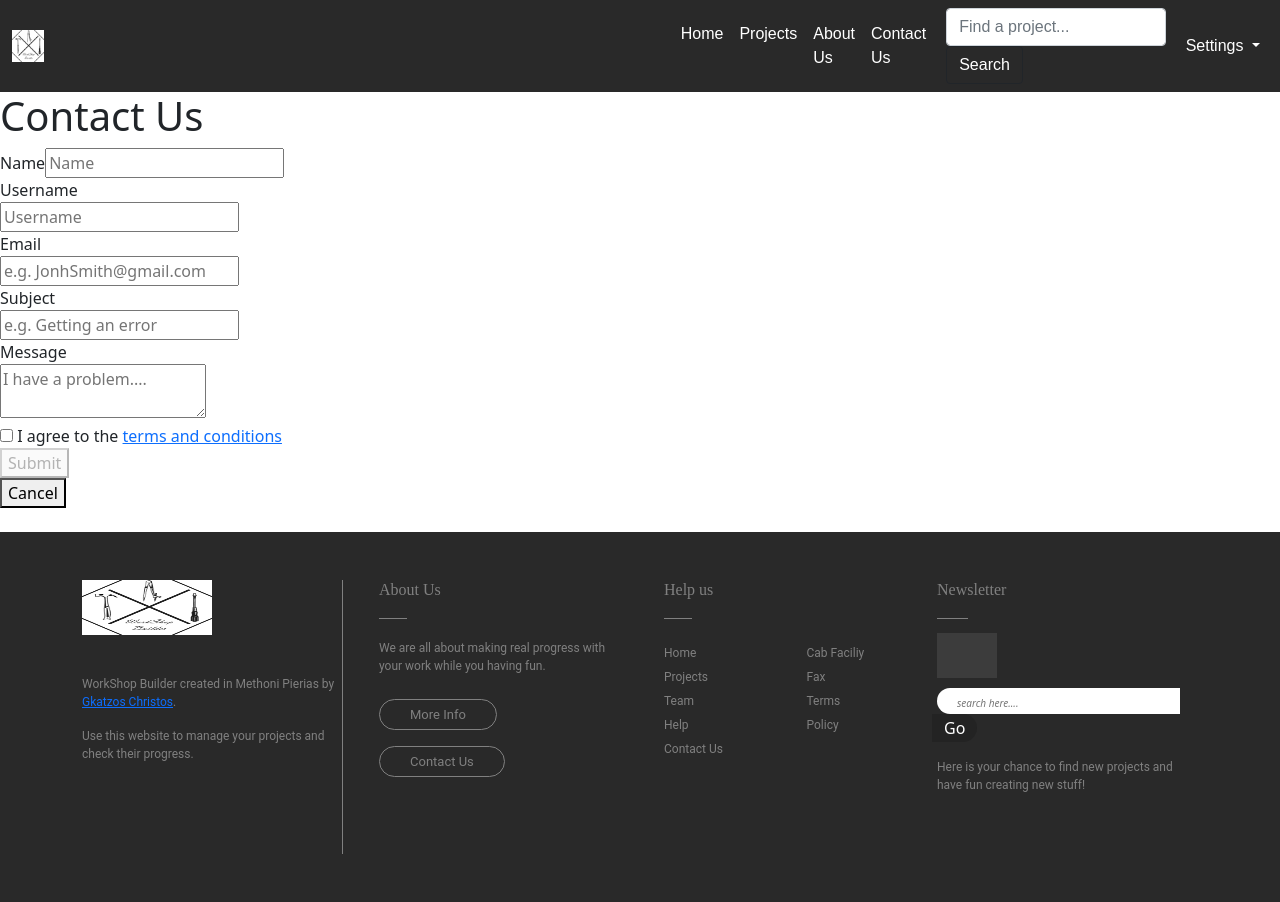
Repository: GkatzosChristos/workshop-builder-ui
Page: /contactUs (app in workshop-builder-ui/)
An editor plug-in stored every save of this project. The page is shown before and after the next save, followed by the edit.
The browser window is 1280 px wide. The pictures show the whole page.
The project was rebuilt for these pictures with package versions that can differ from the ones it lists, and the page was loaded fresh each time. Also part of the build but not shown: workshop-builder-ui/angular.json, workshop-builder-ui/src/app/about-us/about-us.component.ts, workshop-builder-ui/src/app/home/home.component.ts, workshop-builder-ui/src/app/project/project.component.ts.

Above is the page before, as saved 2021-08-27 17:13:25.

### workshop-builder-ui/src/index.html
<!doctype html>
<html lang="en">
<head>
  <meta charset="utf-8">
  <title>WorkshopBuilderUI</title>
  <base href="/">
  <meta name="viewport" content="width=device-width, initial-scale=1">
  <link rel="icon" type="image/x-icon" href="favicon.ico">
</head>

<body>
  <app-root></app-root>
</body>

</html>

### workshop-builder-ui/src/app/app.module.ts
import { NgModule } from '@angular/core';
import { BrowserModule } from '@angular/platform-browser';
import { FormsModule } from '@angular/forms';
import { AppRoutingModule } from './app-routing.module';
import { AppComponent } from './app.component';
import { HeaderComponent } from './header/header.component';
import { FooterComponent } from './footer/footer.component';
import { ContactUsComponent } from './contact-us/contact-us.component';
import { AboutUsComponent } from './about-us/about-us.component';
import { ProjectsComponent } from './project/project.component';
import { HomeComponent } from './home/home.component';

@NgModule({
  declarations: [
    AppComponent,
    HeaderComponent,
    FooterComponent,
    ContactUsComponent,
    AboutUsComponent,
    ProjectsComponent,
    HomeComponent
  ],
  imports: [
    BrowserModule,
    AppRoutingModule,
    FormsModule
  ],
  providers: [],
  bootstrap: [AppComponent]
})
export class AppModule { }

### workshop-builder-ui/src/app/app-routing.module.ts
import { NgModule } from '@angular/core';
import { RouterModule, Routes } from '@angular/router';
import { AboutUsComponent } from './about-us/about-us.component';
import { ContactUsComponent } from './contact-us/contact-us.component';
import { HomeComponent } from './home/home.component';
import { ProjectsComponent } from './project/project.component';

const routes: Routes = [
  {
    path: '',
    component: HomeComponent
  },
  {
    path: 'contactUs',
    component: ContactUsComponent
  },
  {
    path: 'aboutUs',
    component: AboutUsComponent
  },
  {
    path: 'projects',
    component: ProjectsComponent
  },
];

@NgModule({
  imports: [RouterModule.forRoot(routes)],
  exports: [RouterModule]
})
export class AppRoutingModule { }

### workshop-builder-ui/src/app/app.component.ts
import { Component } from '@angular/core';

@Component({
  selector: 'app-root',
  templateUrl: './app.component.html',
  styleUrls: ['./app.component.scss']
})
export class AppComponent {
  title = 'workshop-builder-ui';
}

### workshop-builder-ui/src/app/contact-us/contact-us.component.ts
import { Component, OnInit } from '@angular/core';
import { FormGroup } from '@angular/forms';

@Component({
  selector: 'app-contact-us',
  templateUrl: 'contact-us.html',
  styles: [
  ]
})
export class ContactUsComponent implements OnInit {
  name: string='';
  username: string='';
  email: string='';
  subject: string='';
  message: string='';


  constructor() { }

  ngOnInit(): void {
  }

  submitForm(){
    const result = `${this.name}, your submission was successful! We will contact you at ${this.email} as soon as possible!`;
    alert(result);
  }

  onReset(){
    location.reload();
  }

}

### workshop-builder-ui/src/app/header/header.component.html
<head>
    <title>header</title>
    <meta charset="utf-8">
</head>
<header>
    <nav class="navbar navbar-expand-lg">
        <div class="container-fluid">
            <a class="navbar-brand" routerLink="/">
                <img src="/assets/images/workshop_logo.jpg" alt="WorkShop Builder">
            </a>
            <div id="navbar" class="collapse navbar-collapse">
                <ul class="navbar-nav me-auto my-2 my-lg-0 navbar-nav-scroll">
                    <li class="nav-item">
                        <a class="nav-link text-white" routerLink="/">Home</a>
                    </li>
                    <li class="nav-item">
                        <a class="nav-link text-white" routerLink="/projects">Projects</a>
                    </li>
                    <li class="nav-item">
                        <a class="nav-link text-white" routerLink="/aboutUs">About Us</a>
                    </li>
                    <li class="nav-item">
                        <a class="nav-link text-white" routerLink="/contactUs">Contact Us</a>
                    </li>
                </ul>
                <form class="container-fluid">
                    <input class="form-control me-2" type="text" placeholder="Find a project...">
                    <a class="btn btn-outline-dark text-white">Search</a>
                </form>
                <ul class="navbar-nav">
                    <li class="nav-item dropdown">
                        <a class="nav-link dropdown-toggle text-white" id="navbarScrollingDropdown" role="button"
                            data-bs-toggle="dropdown" aria-expanded="false">
                            Settings
                        </a>
                        <ul class="dropdown-menu" aria-labelledby="navbarScrollingDropdown">
                            <li><a class="dropdown-item text-white" href="#">Sign in</a></li>
                            <li><a class="dropdown-item text-white" href="#">Sign up</a></li>
                            <li>
                                <hr class="dropdown-divider">
                            </li>
                            <li><a class="dropdown-item text-white" href="#">Report an issue</a></li>
                        </ul>
                    </li>
                </ul>

            </div>
        </div>
    </nav>
</header>

### workshop-builder-ui/src/app/header/header.component.scss
img {
    height: 5%;
    width: 5%;
}

nav {
    background: #292929;
}

header {
    font-family: 'Signika', sans-serif;
 }

### workshop-builder-ui/src/app/footer/footer.component.html
<head>
    <title>Footer</title>
    <meta charset="utf-8">
</head>
<footer class="container-fluid bg-grey py-5">
    <div class="container">
        <div class="row">
            <div class="col-md-6">
                <div class="row">
                    <div class="col-md-6 ">
                        <div class="logo-part">
                            <img src="/assets/images/workshop_logo.jpg" class="w-50 logo-footer">
                            <p>WorkShop Builder created in Methoni Pierias by <a
                                    href="https://www.linkedin.com/in/christos-gkatzos/">Gkatzos Christos</a>.</p>
                            <p>Use this website to manage your projects and check their progress.</p>
                        </div>
                    </div>
                    <div class="col-md-6 px-4">
                        <h6> About Us</h6>
                        <p>We are all about making real progress with your work while you having fun.</p>
                        <a href="#" class="btn-footer"> More Info </a><br>
                        <a href="#" class="btn-footer"> Contact Us</a>
                    </div>
                </div>
            </div>
            <div class="col-md-6">
                <div class="row">
                    <div class="col-md-6 px-4">
                        <h6> Help us</h6>
                        <div class="row ">
                            <div class="col-md-6">
                                <ul>
                                    <li> <a href="#"> Home</a> </li>
                                    <li> <a href="#"> Projects</a> </li>
                                    <li> <a href="#"> Team</a> </li>
                                    <li> <a href="#"> Help</a> </li>
                                    <li> <a href="#"> Contact Us</a> </li>
                                </ul>
                            </div>
                            <div class="col-md-6 px-4">
                                <ul>
                                    <li> <a href="#"> Cab Faciliy</a> </li>
                                    <li> <a href="#"> Fax</a> </li>
                                    <li> <a href="#"> Terms</a> </li>
                                    <li> <a href="#"> Policy</a> </li>
                                </ul>
                            </div>
                        </div>
                    </div>
                    <div class="col-md-6 ">
                        <h6> Newsletter</h6>
                        <div class="social">
                            <a href="#"><i class="fa fa-facebook mr-1" aria-hidden="true"></i></a>
                            <a href="#"><i class="fa fa-instagram" aria-hidden="true"></i></a>
                        </div>
                        <form class="form-footer my-3">
                            <input type="text" placeholder="search here...." name="search">
                            <input type="button" value="Go">
                        </form>
                        <p>Here is your chance to find new projects and have fun creating new stuff!</p>
                    </div>
                </div>
            </div>
        </div>
    </div>
</footer>

### workshop-builder-ui/src/app/footer/footer.component.scss
body {
    font-family: 'Signika', sans-serif;
 }
 .bg-grey {
    background: #292929;
 }
 .logo-footer {
    margin-bottom: 40px;
 }
 footer {
    color: grey;
 }
 footer p, a {
    font-size: 12px;
    font-family: 'Roboto', sans-serif;
}
footer h6 {
    font-family: 'Playfair Display', serif;
    margin-bottom: 40px;
    position: relative;
}
footer h6:after {
    position: absolute;
    content: "";
    background: grey;
    width: 12%;
    height: 1px;
    left: 0;
    bottom: -20px;
}
.btn-footer {
    color: grey;
    text-decoration: none;
    border: 1px solid;
    border-radius: 43px;
    font-size: 13px;
    padding: 7px 30px;
    line-height: 47px;
 }

 .btn-footer:hover {
    text-decoration: none;
 }

.form-footer input[type="text"] {
    border: none;
    border-radius: 16px 0 0 16px;
    outline: none;
    padding-left: 10px;
}

::placeholder {
    font-size: 10px;
    padding-left: 10px;
    font-style: italic;
}

.form-footer input[type="button"] {
    border: none;
    background:#232323;
    margin-left: -5px;
    color: #fff;
    outline: none;
    border-radius: 0 16px 16px 0;
    padding: 2px 12px;
}

.social .fa {
    color: grey;
    font-size: 22px;
    padding: 10px 15px;
    background: #3c3c3c;
}

footer ul li {
    list-style: none;
    display: block;
}

footer ul  {
    padding-left: 0;
}
footer ul  li a{
    text-decoration: none;
    color: grey;
    text-decoration:none;
}

a:hover {
    text-decoration: none;
    color: #f5f5f5 !important;
}

.logo-part {
    border-right: 1px solid grey;
    height: 100%;
}

img {
    height: 20%;
    width: 20%;
}

### workshop-builder-ui/src/app/contact-us/contact-us.html
<h1 class="title has-text-centered">Contact Us</h1>
<body>
  <section>
      <form (ngSubmit)="submitForm()" #contactForm="ngForm">
        <div class="field">
        <div class="field">
          <label class="label has-text-centered">Name</label>
          <input
            class="input"
            type="text"
            name="name"
            placeholder="Name"
            [(ngModel)]="name"
            #nameInput="ngModel"
            required>
            <div class="help is-error" *ngIf="nameInput.invalid && nameInput.touched">
                <p class="help is-danger">This username is required!</p>
            </div>
            <div class="help is-error" *ngIf="nameInput.valid && nameInput.dirty">
                <p class="help is-success">This username is Availible!</p>
            </div>
        </div>
        <div class="field column is-4">
          <label class="label has-text-centered">Username</label>
          <div class="control has-icons-left has-icons-right">
            <input
              class="input"
              type="text"
              name="usename"
              placeholder="Username"
              [(ngModel)]="username"
              #usernameInput="ngModel"
              required>
            <span class="icon is-small is-left">
              <i class="fa fa-user"></i>
            </span>
            <div class="help is-error" *ngIf="usernameInput.invalid && usernameInput.touched">
                <p class="help is-danger">This username is required!</p>
            </div>
            <div class="help is-error" *ngIf="usernameInput.valid && usernameInput.dirty">
                <p class="help is-success">This username is Availible!</p>
            </div>
          </div>
        </div>

        <div class="field column is-4">
          <label class="label has-text-centered">Email</label>
          <div class="control has-icons-left">
            <input
              class="input"
              type="email"
              name="email"
              placeholder="e.g. JonhSmith@gmail.com"
              #emailInput="ngModel"
              [(ngModel)]="email"
              required
              email>
            <span class="icon is-small is-left">
              <i class="fa fa-envelope"></i>
            </span>
            <div class="help is-error is-danger" *ngIf="emailInput.invalid && emailInput.touched">
                <p class="help is-danger">The email required and must be valid!</p>
            </div>
            <div class="help is-error" *ngIf="emailInput.valid && emailInput.dirty">
                <p class="help is-success">This email is valid!</p>
            </div>
          </div>
        </div>

        <div class="field column is-4">
          <label class="label has-text-centered">Subject</label>
          <div class="control">
            <input class="input is-expand" type="text" name="subject" placeholder="e.g. Getting an error" [(ngModel)]="subject">
          </div>
        </div>

        <div class="field column is-4 ">
          <label class="label has-text-centered">Message</label>
          <div class="control">
            <textarea class="textarea" name="message" placeholder="I have a problem...." [(ngModel)]="message"></textarea>
          </div>
        </div>

        <div class="field">
          <div class="control">
            <label class="checkbox">
              <input type="checkbox"
              #checkboxInput>
              I agree to the <a href="#">terms and conditions</a>
            </label>
          </div>
        </div>

        <div class="field is-grouped mb-4 is-grouped-centered">
          <div class="control">
            <button class="button is-link" [disabled]="contactForm.invalid">Submit</button>
          </div>
          <div class="control">
            <button class="button is-link is-light" type="reset" (click)="onReset()" >Cancel</button>
          </div>
        </div>
        </div>
      </form>
  </section>
  </body>

Loaded but not shown: workshop-builder-ui/src/styles.scss (common file); workshop-builder-ui/src/main.ts (common file); workshop-builder-ui/src/environments/environment.ts (common file); workshop-builder-ui/src/app/header/header.component.ts (common file); workshop-builder-ui/src/app/footer/footer.component.ts (common file); workshop-builder-ui/src/app/app.component.html (common file); workshop-builder-ui/src/app/app.component.scss (no stored copy; drawn as an empty file); workshop-builder-ui/src/app/project/project.scss (no stored copy; drawn as an empty file)

After the next save:
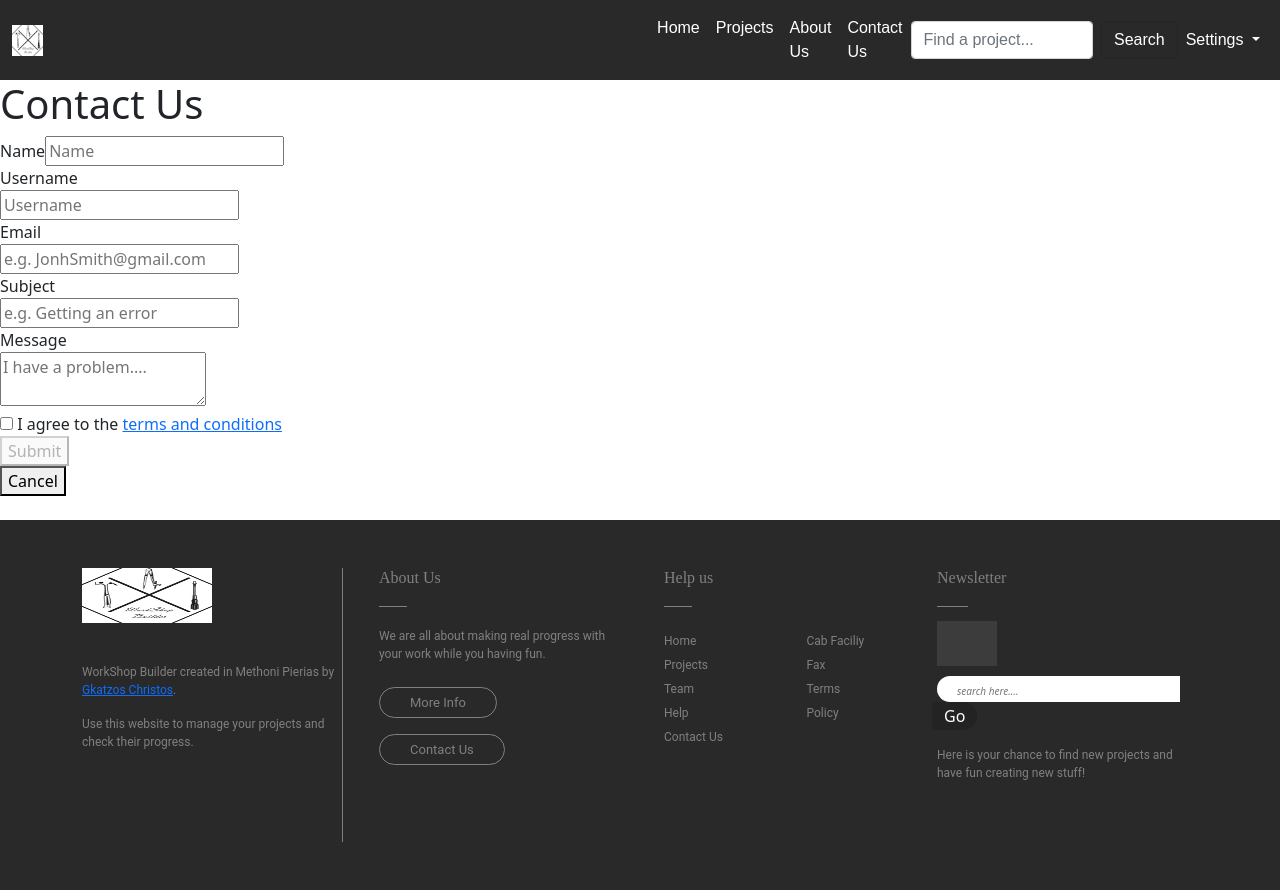
Saved 6 s later.
--- a/workshop-builder-ui/src/app/header/header.component.html
+++ b/workshop-builder-ui/src/app/header/header.component.html
@@ -23,7 +23,7 @@
                         <a class="nav-link text-white" routerLink="/contactUs">Contact Us</a>
                     </li>
                 </ul>
-                <form class="container-fluid">
+                <form class="d-flex">
                     <input class="form-control me-2" type="text" placeholder="Find a project...">
                     <a class="btn btn-outline-dark text-white">Search</a>
                 </form>
